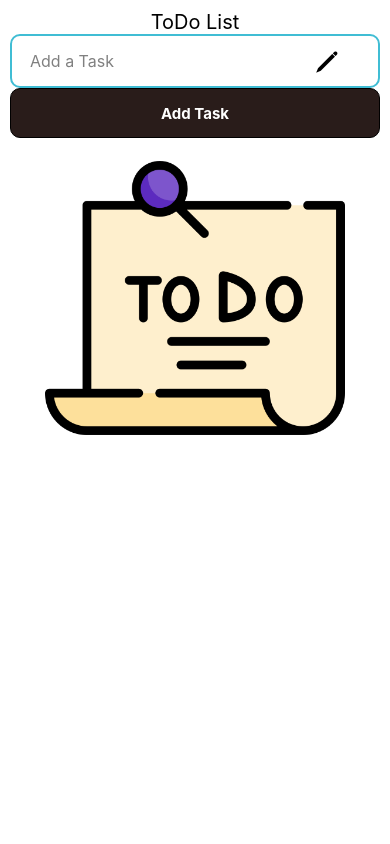
Repository: raisingh22/Projects
Screen: /
These files come from the project's save history. The screen is drawn as it stood at one moment and after a run of saves; the edit follows.
The app was drawn by React Native's web renderer in a window 390 px wide. The project was rebuilt for these pictures with package versions that can differ from the ones it lists, and the page was loaded fresh each time.

Above is the screen before, as saved 2024-01-22 14:09:01.

After the next 2 saves:
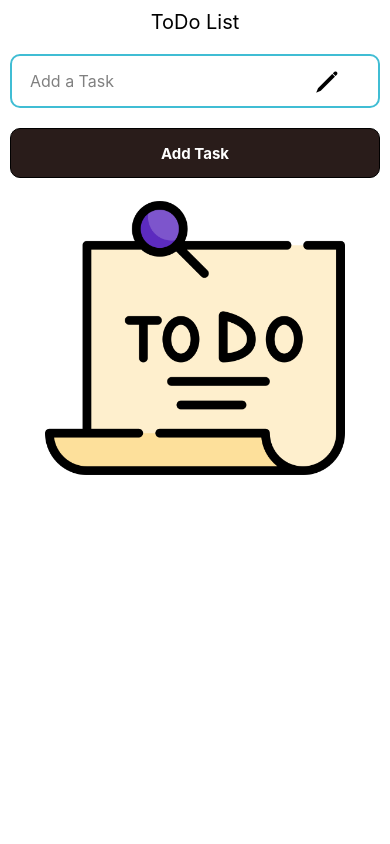
The 2 saves are shown as one change because they came seconds apart.
The last was saved 15 s later.
--- a/src/ToDoList/screens/ToDo.js
+++ b/src/ToDoList/screens/ToDo.js
@@ -74,6 +74,7 @@ const ToDo = () => {
         borderWidth: 2,
         borderColor: '#40bdd4',
         borderRadius: 10,
+         marginVertical: 20,
 
       }}>
       <TextInput
